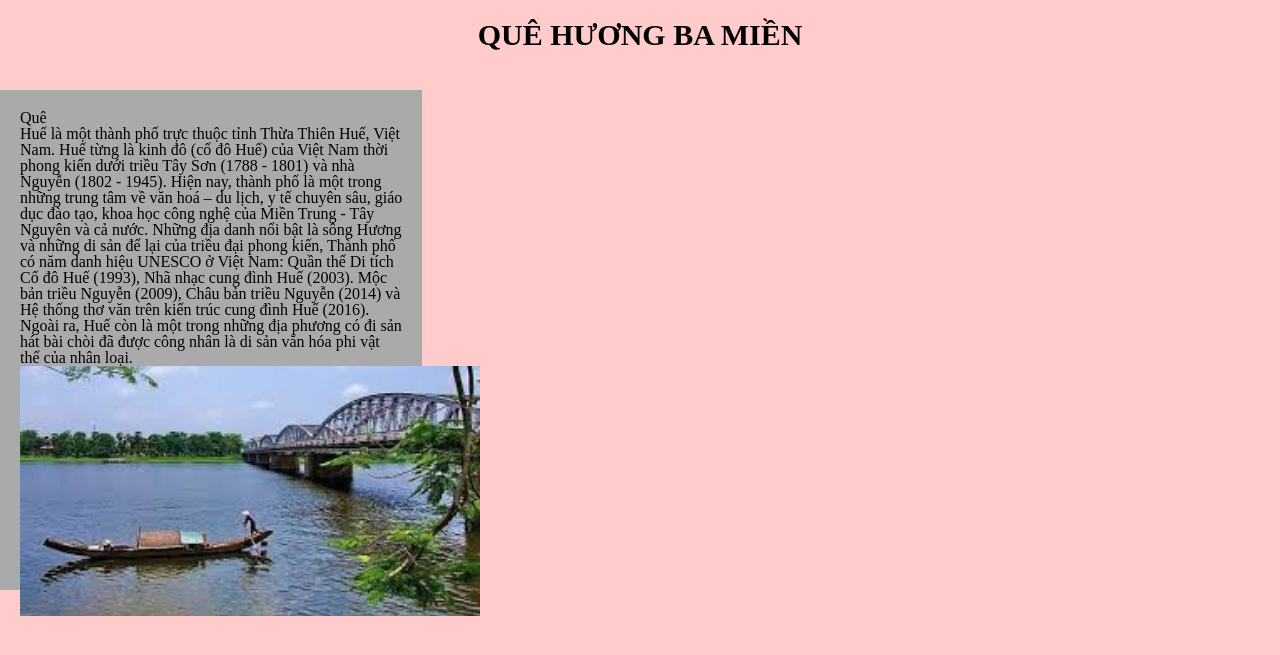
Repository: Tan-Khang21/TH_TKW--Buoi_06
Page: Bai_Tap_Tren_lop/Bai_02/LayoutCSS2.html
The author's editor kept a copy of each file at every save. The page is drawn from the files as they stood at one save, then again after the next save.
The browser window is 1280 px wide. The pictures show the whole page.

Above is the page before, as saved 2024-03-11 20:23:50.

After the next save:
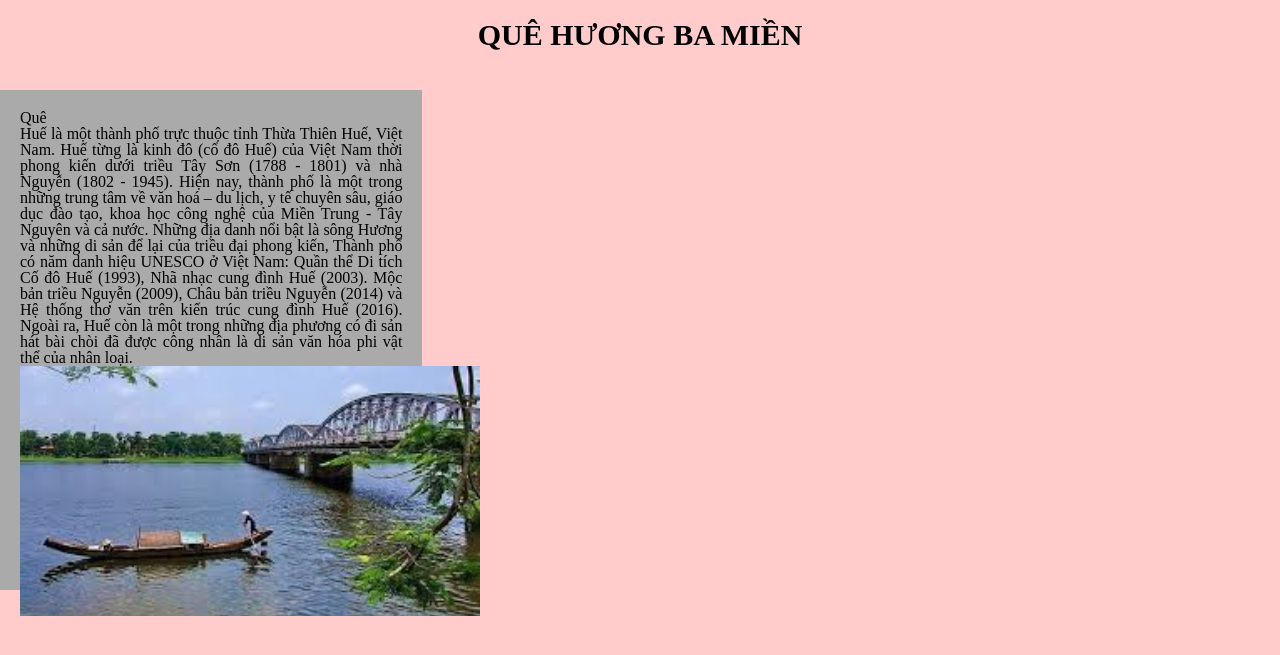
Saved 20 s later.
--- a/Bai_Tap_Tren_lop/Bai_02/style.css
+++ b/Bai_Tap_Tren_lop/Bai_02/style.css
@@ -17,6 +17,7 @@ body {
   height: 500px;
   padding: 20px;
   background-color: #aaaaaa;
+  text-align: justify;
 }
 .images {
   width: 460px;
